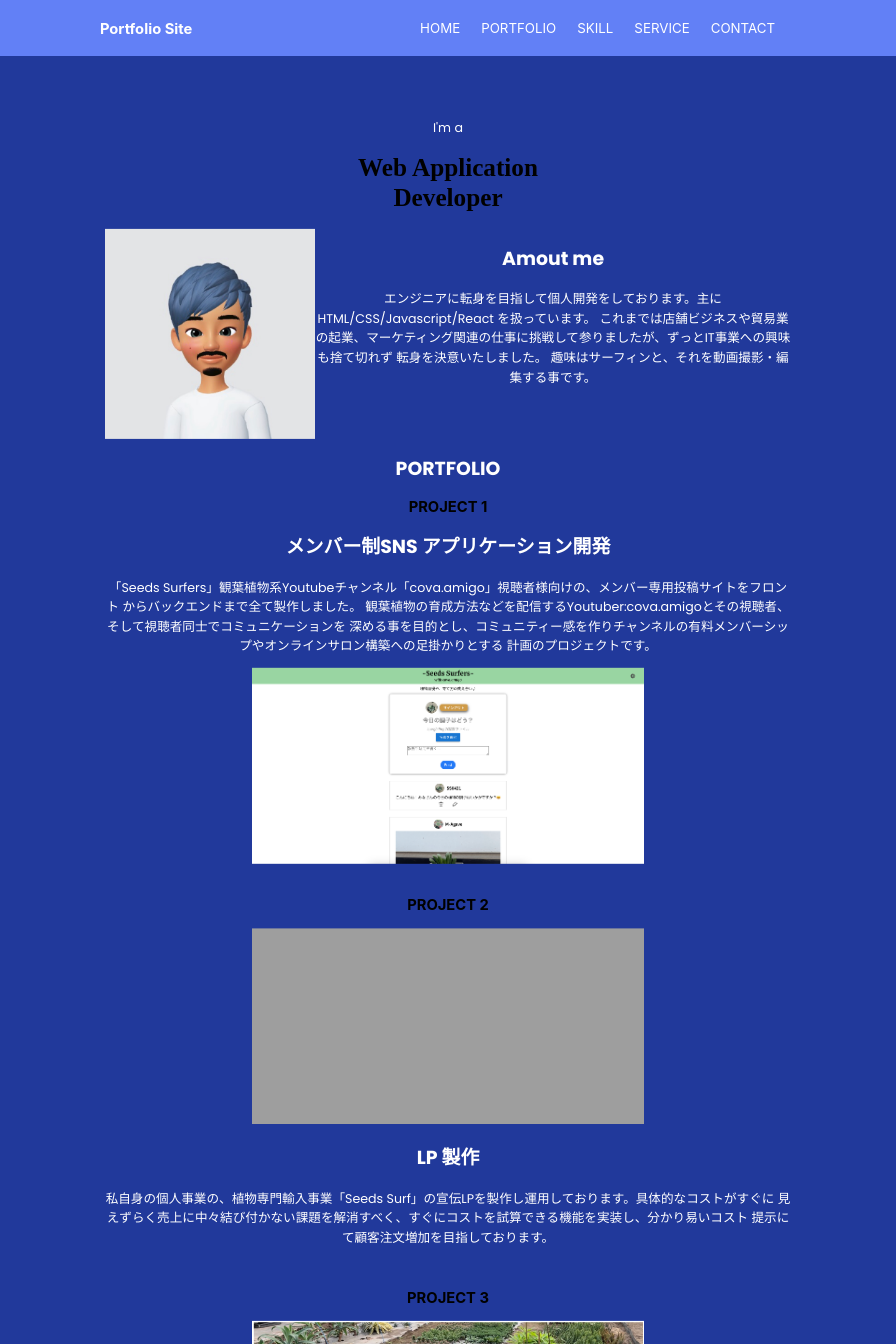
Repository: Seiya00002/my-portfolio-website2
Page: /
An editor plug-in stored every save of this project. The page is shown before and after the next save, followed by the edit.
The browser window is 1280 px wide. The pictures show the part of the page from y = 0 to 1920 px (the page is 3812 px tall before and 3806 px after), at 70% of full size.
Pictures or frames that could not be fetched are drawn as grey boxes. Some web fonts or font styles are not loaded; a fallback is used. The project was rebuilt for these pictures with package versions that can differ from the ones it lists, and the page was loaded fresh each time.

Above is the page before, as saved 2023-09-24 06:12:08.

After the next save:
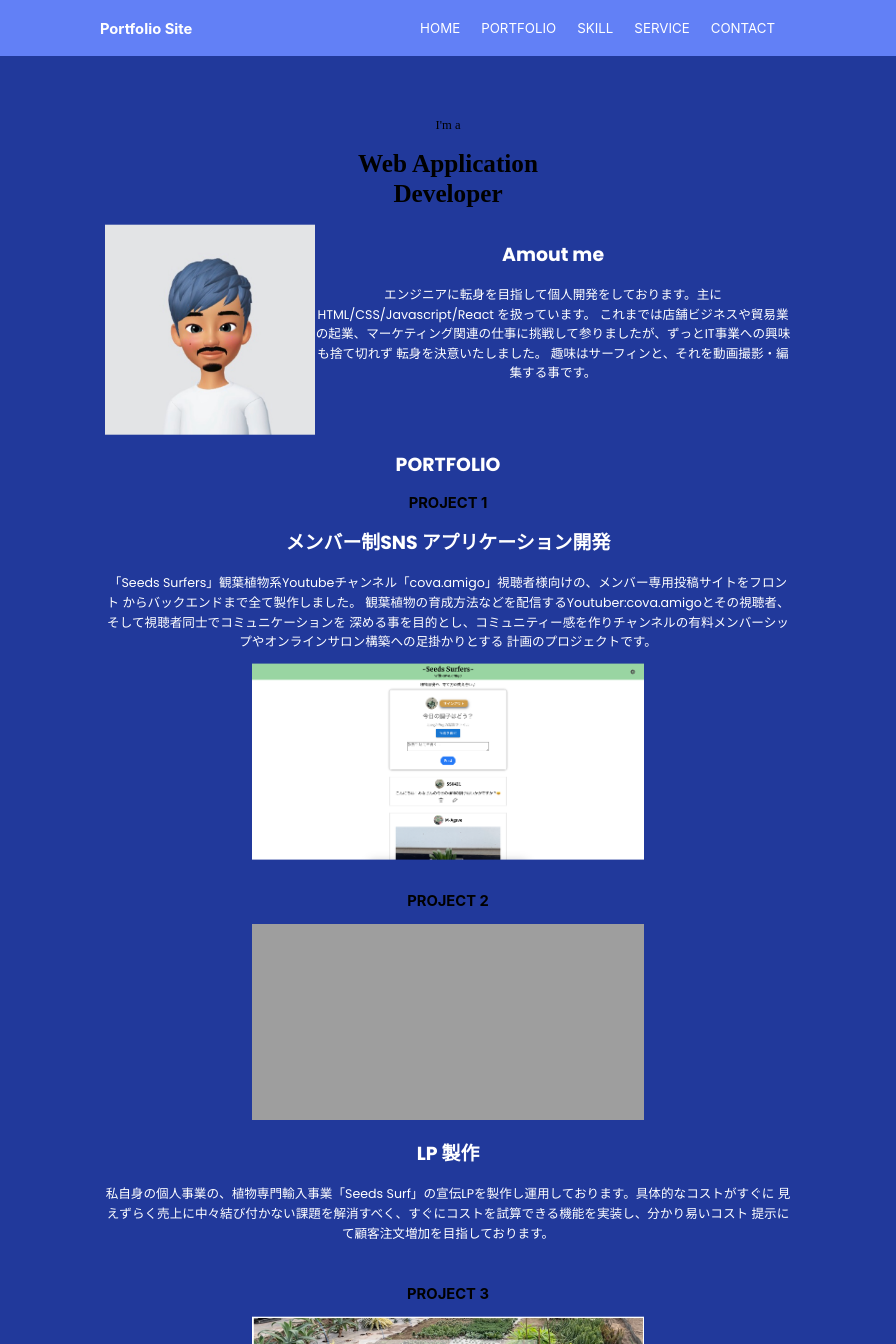
Saved 48 s later.
--- a/src/App.css
+++ b/src/App.css
@@ -9,7 +9,12 @@
   width: 100%;
 }
 
-.title h1,p{
+.title h1{
+  font-family: 'Dela Gothic One', cursive;
+  color: black;
+}
+
+.title p{
   font-family: 'Dela Gothic One', cursive;
   color: black;
 }
